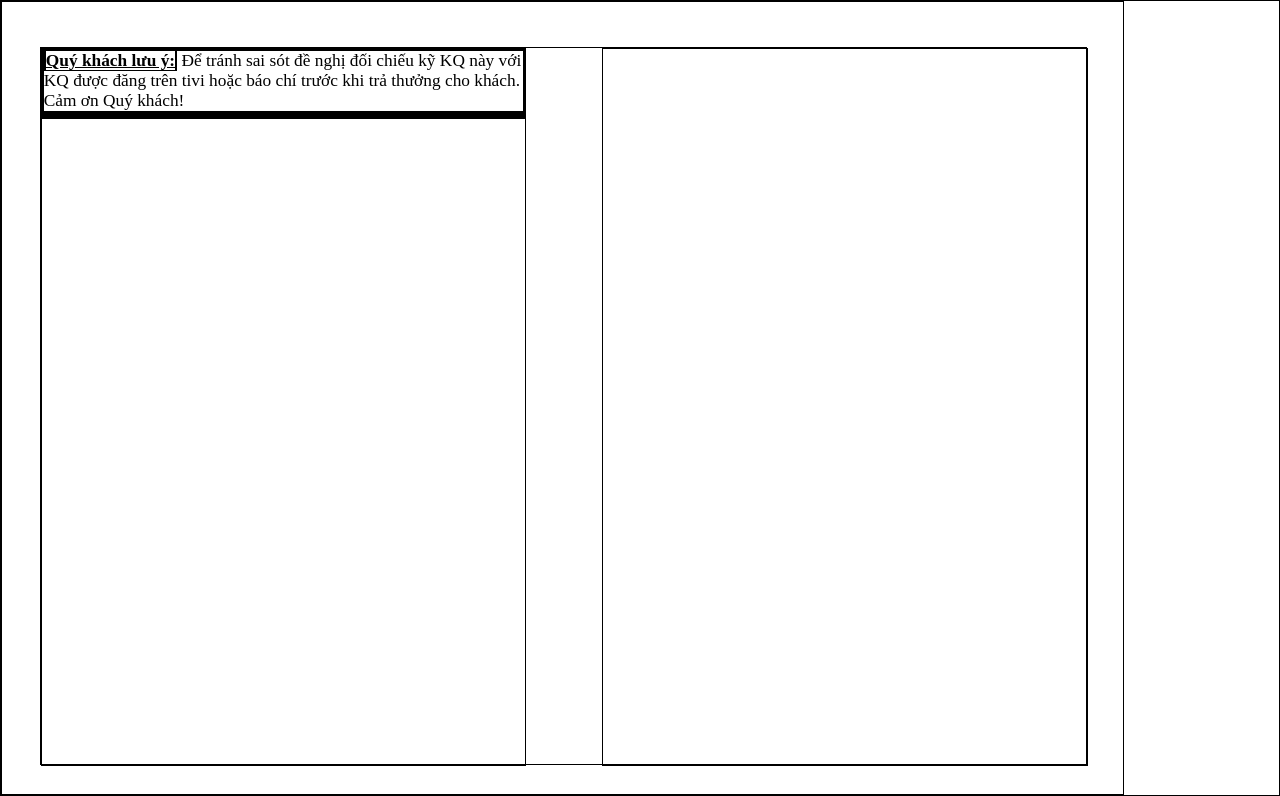
Repository: AnhDuc0125/xskt123
Page: index.html
An editor plug-in stored every save of this project. The page is shown before and after a run of saves, followed by the edit.
The browser window is 1280 px wide. The pictures show the whole page.

Above is the page before, as saved 2022-01-29 16:02:47.

### index.html
<!DOCTYPE html>
<html lang="en">
  <head>
    <meta charset="UTF-8" />
    <meta http-equiv="X-UA-Compatible" content="IE=edge" />
    <meta name="viewport" content="width=device-width, initial-scale=1.0" />
    <link rel="stylesheet" href="style.css" />
    <title>Document</title>
  </head>
  <body>
    <div class="boxed__container">
      <div class="boxed--1">
        <div class="header">
          <div class="header--1" style="font-size: 13pt">
            <b><u>Quý khách lưu ý:</u></b> Để tránh sai sót đề nghị đối chiếu kỹ
            KQ này với KQ được đăng trên tivi hoặc báo chí trước khi trả thưởng
            cho khách. Cảm ơn Quý khách!
          </div>
          <div class="header--2"></div>
        </div>
        <div class="body"></div>
        <div class="footer"></div>
      </div>
      <div class="boxed--2"></div>
    </div>
  </body>
</html>

### style.css
* {
  margin: 0;
  padding: 0;
  box-sizing: border-box;
  border: 1px solid black;
}

body {
  width: 29.7cm;
  height: 21cm;
}

.boxed__container {
  width: 27.7cm;
  height: 19cm;
  margin: 1.2cm 1cm 0.8cm;
  display: grid;
  grid-template-columns: 12.85cm 12.85cm;
  grid-template-rows: 19cm;
  column-gap: 2cm;
}

.boxed--1,
.boxed--2 {
  width: 12.85cm;
  height: 19cm;
}

After the next 3 saves:
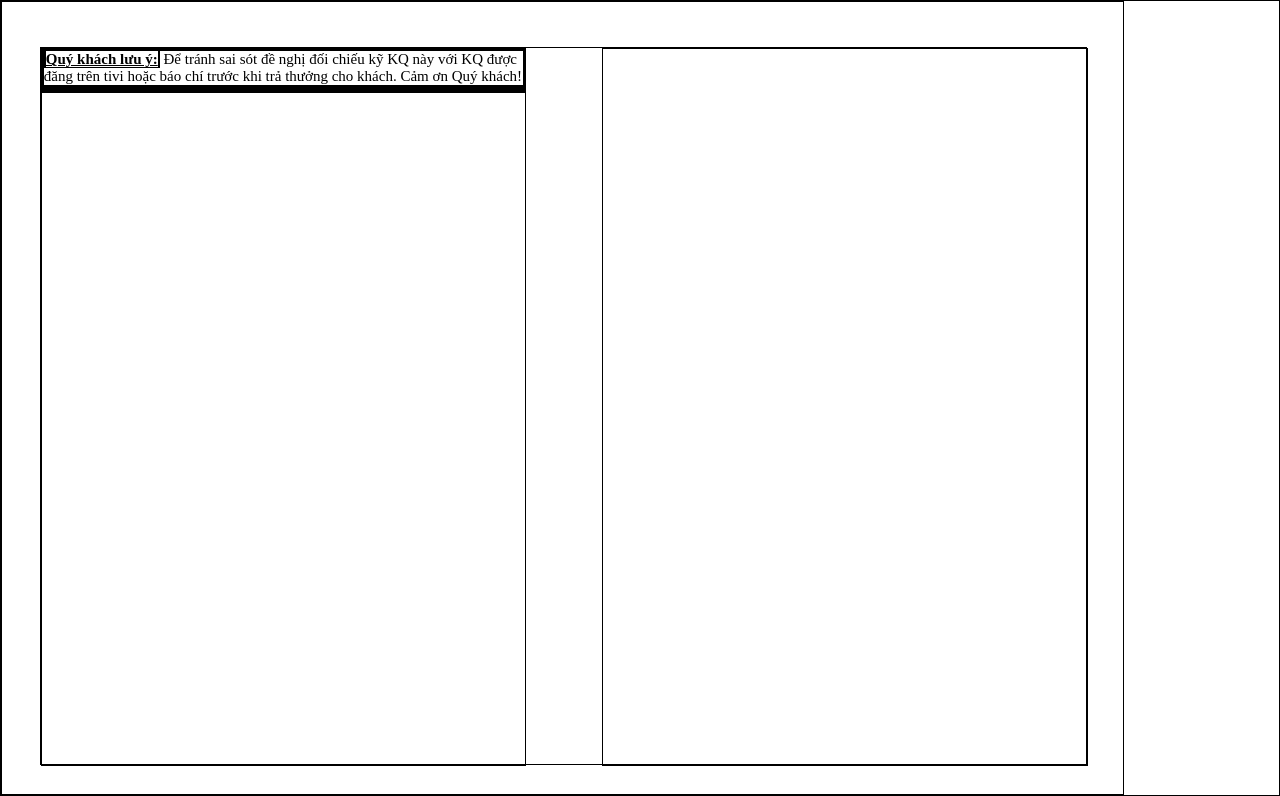
The 3 saves are shown as one change because they came seconds apart.
The last was saved 13 s later.
--- a/index.html
+++ b/index.html
@@ -11,7 +11,7 @@
     <div class="boxed__container">
       <div class="boxed--1">
         <div class="header">
-          <div class="header--1" style="font-size: 13pt">
+          <div class="header--1" style="font-size: 15px">
             <b><u>Quý khách lưu ý:</u></b> Để tránh sai sót đề nghị đối chiếu kỹ
             KQ này với KQ được đăng trên tivi hoặc báo chí trước khi trả thưởng
             cho khách. Cảm ơn Quý khách!
